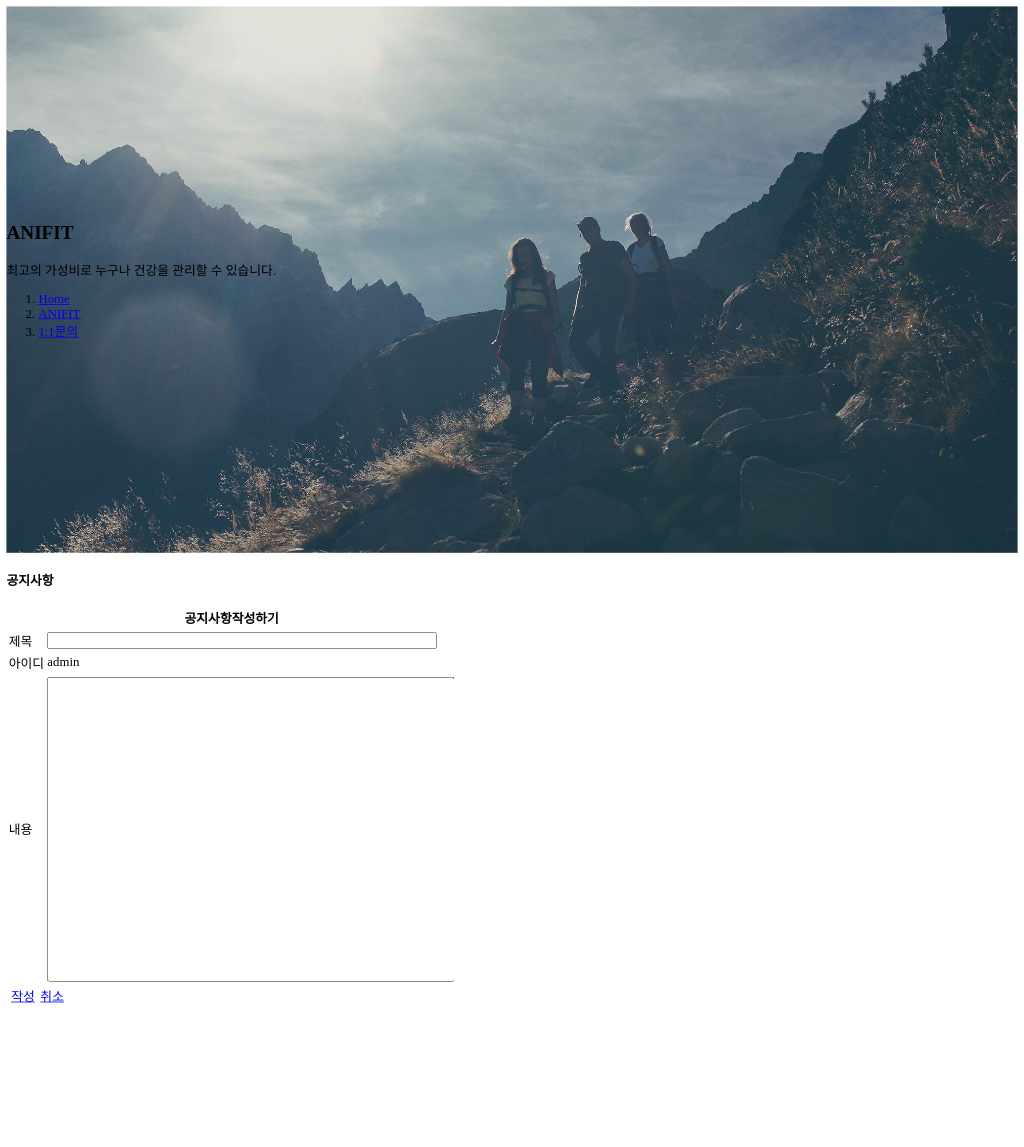
Repository: sjhello/Kitri_SpringProject
Page: http://localhost/SpringProject/WEB-INF/views/notice/notice-write.jsp
These files come from the project's save history. The page is drawn as it stood at one moment and after the next save; the edit follows.
The browser window is 1280 px wide. The pictures show the whole page, at 80% of full size.
The page is served by Tomcat 9. Nobody is signed in. The template is opened directly, without the code that normally fills it, so the values that code supplies are empty.

Above is the page before, as saved 2018-12-04 01:53:15.
Console error: ReferenceError: $ is not defined

After the next save:
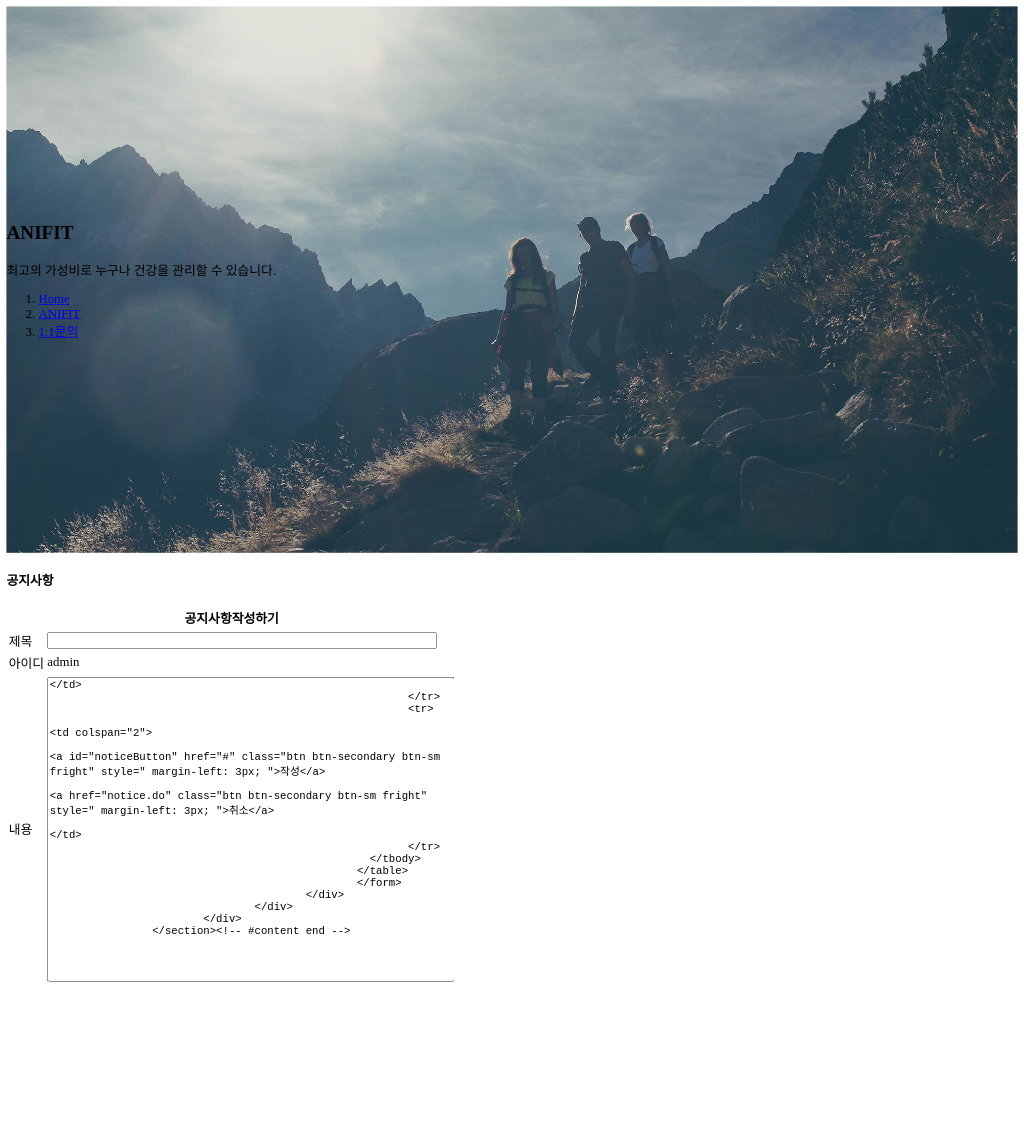
Saved 2 min 50 s later.
--- a/SpringProject/src/main/webapp/WEB-INF/views/notice/notice-write.jsp
+++ b/SpringProject/src/main/webapp/WEB-INF/views/notice/notice-write.jsp
@@ -50,7 +50,7 @@
 						  <tbody>
 							<tr>
 							  <td>제목</td>
-							  <td><input type="text" id="title" name="title" style="width:487px"/></td>
+							  <td><input type="text" id="title" name="title" style="width:487px" autocomplete=off/></td>
 							</tr>
 							<tr>
 							  <td>아이디</td>
@@ -58,7 +58,7 @@
 							</tr>
 							<tr>
 							  <td>내용</td>
-							  <td style=" height: 386px; "><textarea rows="25" cols="61" style="resize: none;" id="content" name="content"></textarea></td>
+							  <td style=" height: 386px; "><textarea rows="25" cols="61" style="resize: none;" id="content" name="content"  autocomplete=off /></td>
 							</tr>
 							<tr>
 								<td colspan="2">

After the save that followed:
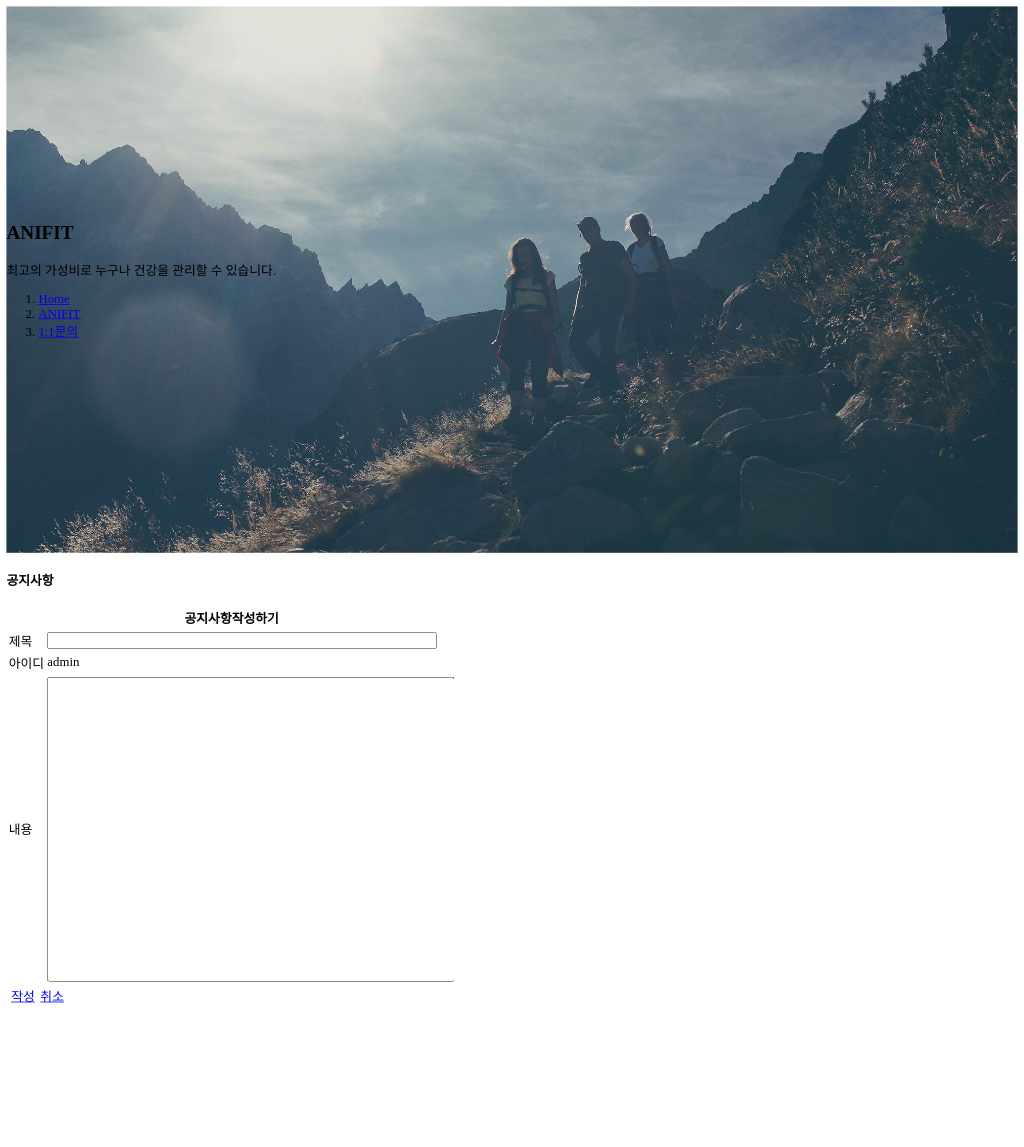
Saved 4 s later.
--- a/SpringProject/src/main/webapp/WEB-INF/views/notice/notice-write.jsp
+++ b/SpringProject/src/main/webapp/WEB-INF/views/notice/notice-write.jsp
@@ -58,7 +58,7 @@
 							</tr>
 							<tr>
 							  <td>내용</td>
-							  <td style=" height: 386px; "><textarea rows="25" cols="61" style="resize: none;" id="content" name="content"  autocomplete=off /></td>
+							  <td style=" height: 386px; "><textarea rows="25" cols="61" style="resize: none;" id="content" name="content"  autocomplete=off></textarea></td>
 							</tr>
 							<tr>
 								<td colspan="2">
